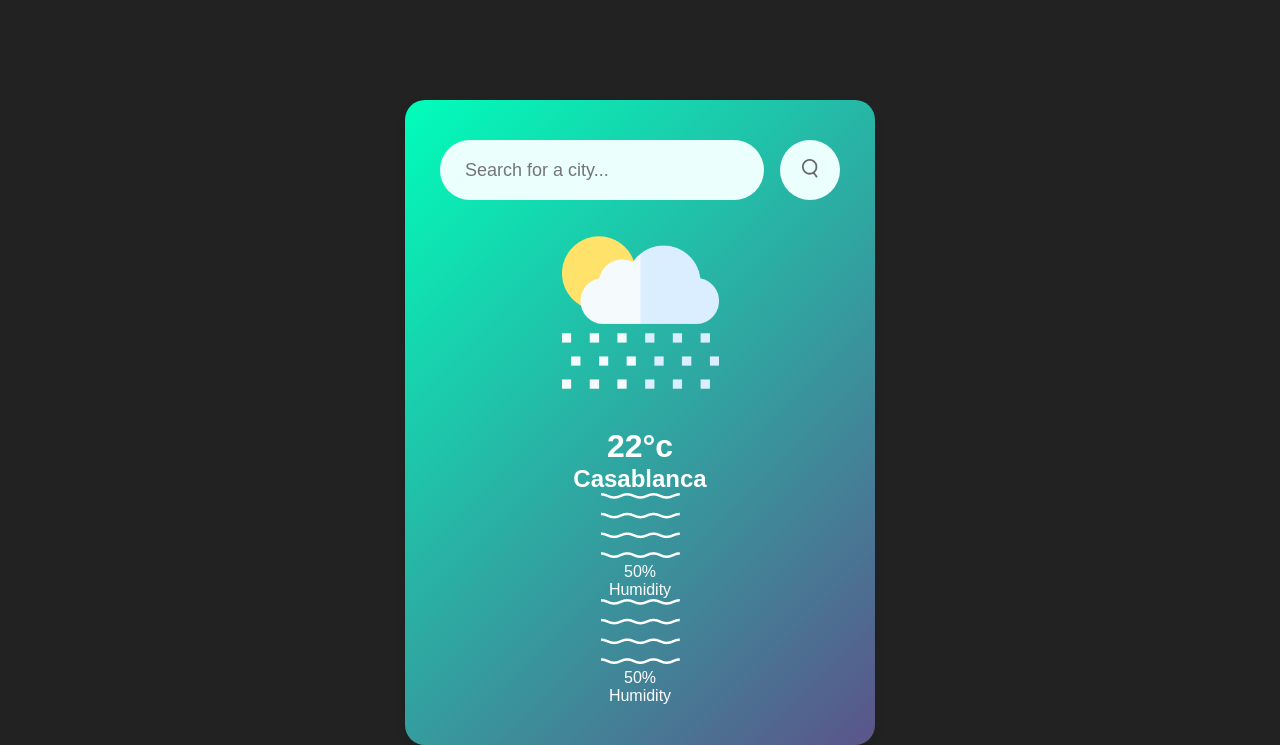
Repository: Abdelilah-Lakrim/Weather-App
Page: index.html
The author's editor kept a copy of each file at every save. The page is drawn from the files as they stood at one save, then again after the next save.
The browser window is 1280 px wide. The pictures show the whole page.

Above is the page before, as saved 2025-06-17 11:14:19.

After the next save:
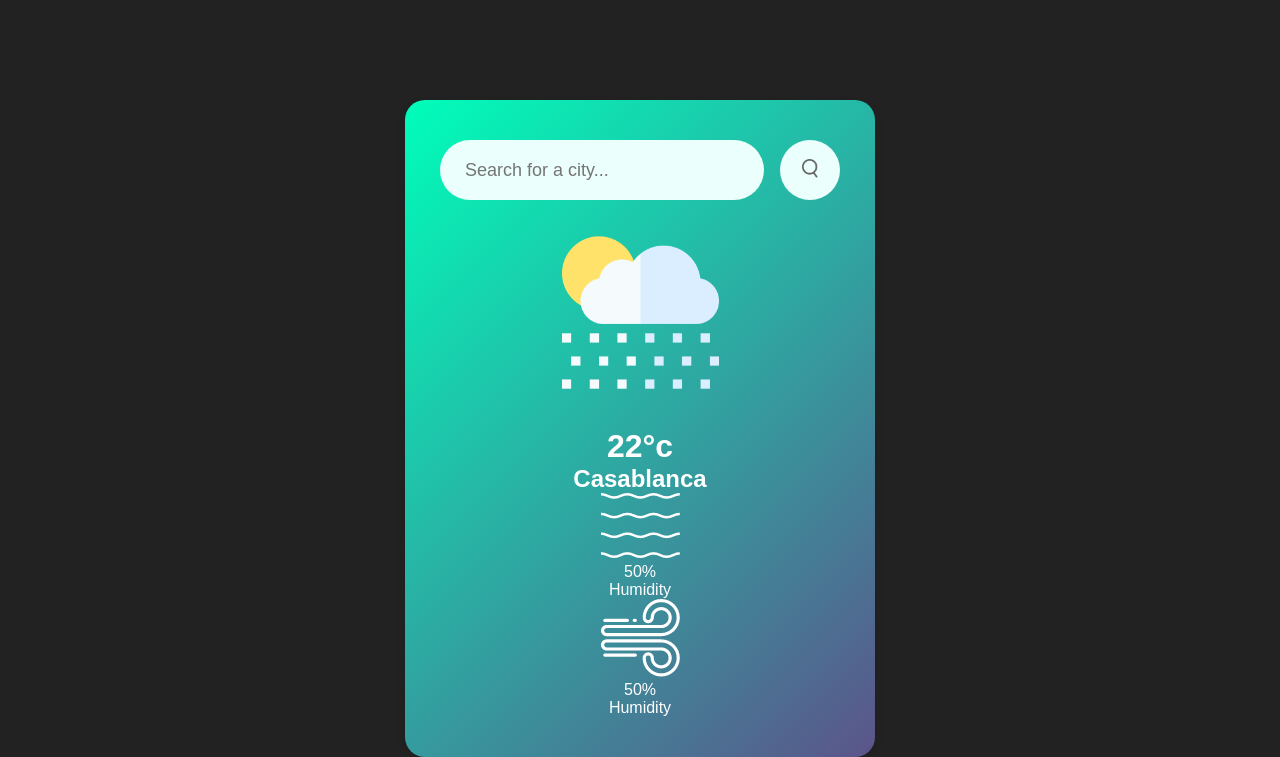
Saved 7 s later.
--- a/index.html
+++ b/index.html
@@ -25,7 +25,7 @@
                     </div>
                 </div>
                 <div class="col">
-                    <img src="images/humidity.png">
+                    <img src="images/wind.png">
                     <div>
                         <p class="humidity">50%</p>
                         <p>Humidity</p>
